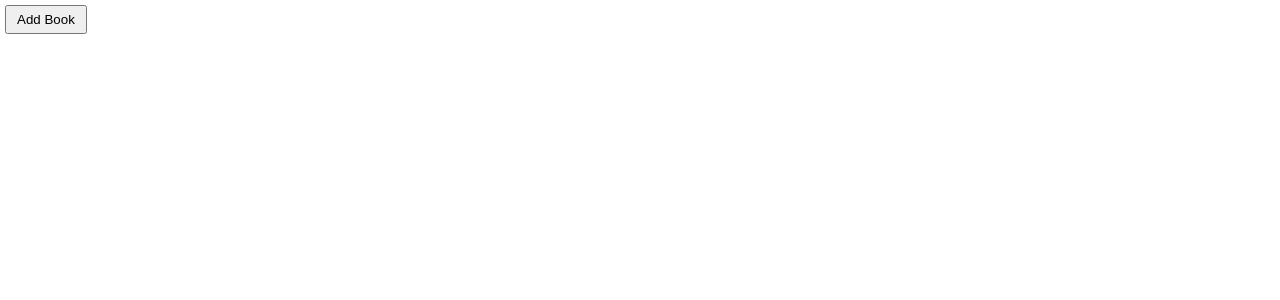
Repository: TonyLi0916/odin-library
Page: index.html
The author's editor kept a copy of each file at every save. The page is drawn from the files as they stood at one save, then again after the next save.
The browser window is 1280 px wide. The pictures show the whole page.

Above is the page before, as saved 2025-11-10 21:58:24.

### index.html
<!DOCTYPE html>
<html lang="en">
<head>
  <meta charset="UTF-8">
  <meta name="viewport" content="width=device-width, initial-scale=1.0">
  <title>Odin Library</title>
  <link rel="stylesheet" href="styles.css">
</head>
<body>

  <button id="openDialog">Add Book</button>

  <dialog id="bookDialog">
    <form method="dialog" id="bookForm">
      <input type="text" id="title" placeholder="Title" required>
      <input type="text" id="author" placeholder="Author" required>
      <input type="number" id="pages" placeholder="Pages" required>
      <input type="text" id="read" placeholder="Read (read/not read yet)" required>
      <button type="submit">Add Book</button>
    </form>
  </dialog>

  <div id="libraryDisplay"></div>

  <script src="script.js"></script>
</body>
</html>

### styles.css
*
{
    margin: 0px;
    padding: 0px;
}

#openDialog
{
    display: flex;
    justify-content: center;
}

button {
  margin: 5px;
  padding: 5px 10px;
  cursor: pointer;
}

.book-card {
  border: 1px solid #ccc;
  border-radius: 5px;
  padding: 10px;
  margin-top: 10px;
  background-color: #f9f9f9;
}

dialog {
  border: none;
  border-radius: 8px;
  padding: 20px;
  box-shadow: 0 0 20px rgba(0, 0, 0, 0.3);
}

dialog::backdrop {
  background: rgba(0, 0, 0, 0.5);
}

### script.js
// DOM elements
const dialog = document.getElementById('bookDialog');
const form = document.getElementById('bookForm');
const openBtn = document.getElementById('openDialog');
const libraryDisplay = document.getElementById('libraryDisplay');

// Library array
const myLibrary = [];

// Open dialog
openBtn.addEventListener('click', () => dialog.showModal());

// Book constructor
function Book(title, author, pages, read) {
  this.id = crypto.randomUUID();
  this.title = title;
  this.author = author;
  this.pages = pages;
  this.read = read;
}

// Prototype method to toggle read status
Book.prototype.toggleRead = function() {
  if (this.read.toLowerCase() === 'read') {
    this.read = 'not read yet';
  } else {
    this.read = 'read';
  }
};

// Add a book to the library
function addBookToLibrary(title, author, pages, read) {
  const newBook = new Book(title, author, pages, read);
  myLibrary.push(newBook);
  displayBooks();
}

// Remove a book by id
function removeBook(id) {
  const index = myLibrary.findIndex(book => book.id === id);
  if (index !== -1) {
    myLibrary.splice(index, 1);
    displayBooks();
  }
}

// Toggle read status by id
function toggleReadStatus(id) {
  const book = myLibrary.find(book => book.id === id);
  if (book) {
    book.toggleRead();
    displayBooks();
  }
}

// Display all books
function displayBooks() {
  libraryDisplay.innerHTML = ''; // Clear previous content

  for (let book of myLibrary) {
    const bookCard = document.createElement('div');
    bookCard.classList.add('book-card');
    bookCard.innerHTML = `
      <h3>${book.title}</h3>
      <p><strong>Author:</strong> ${book.author}</p>
      <p><strong>Pages:</strong> ${book.pages}</p>
      <p><strong>Read:</strong> ${book.read}</p>
      <button class="toggle-read-btn" data-id="${book.id}">Toggle Read</button>
      <button class="remove-btn" data-id="${book.id}">Remove</button>
    `;
    libraryDisplay.appendChild(bookCard);
  }

  // Add event listeners for remove buttons
  const removeButtons = document.querySelectorAll('.remove-btn');
  removeButtons.forEach(button => {
    button.addEventListener('click', () => removeBook(button.dataset.id));
  });

  // Add event listeners for toggle read buttons
  const toggleButtons = document.querySelectorAll('.toggle-read-btn');
  toggleButtons.forEach(button => {
    button.addEventListener('click', () => toggleReadStatus(button.dataset.id));
  });
}

// Handle form submission
form.addEventListener('submit', (e) => {
  e.preventDefault();
  addBookToLibrary(
    form.title.value,
    form.author.value,
    form.pages.value,
    form.read.value
  );
  dialog.close();
  form.reset();
});

After the next save:
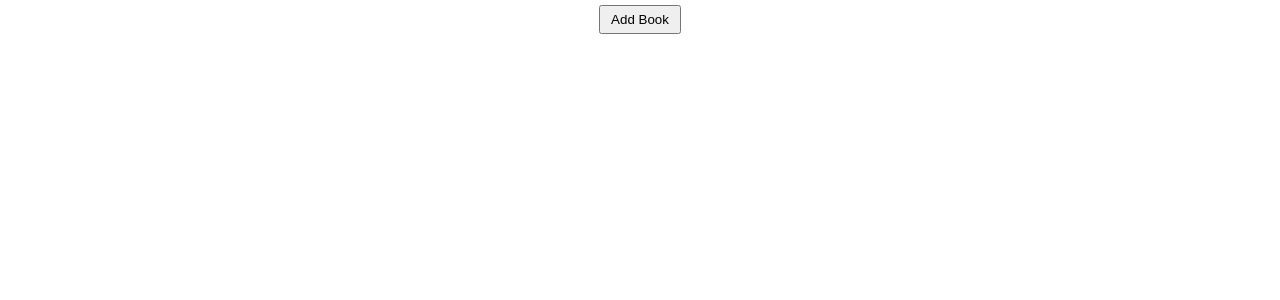
Saved 56 s later.
--- a/styles.css
+++ b/styles.css
@@ -4,7 +4,7 @@
     padding: 0px;
 }
 
-#openDialog
+body
 {
     display: flex;
     justify-content: center;
